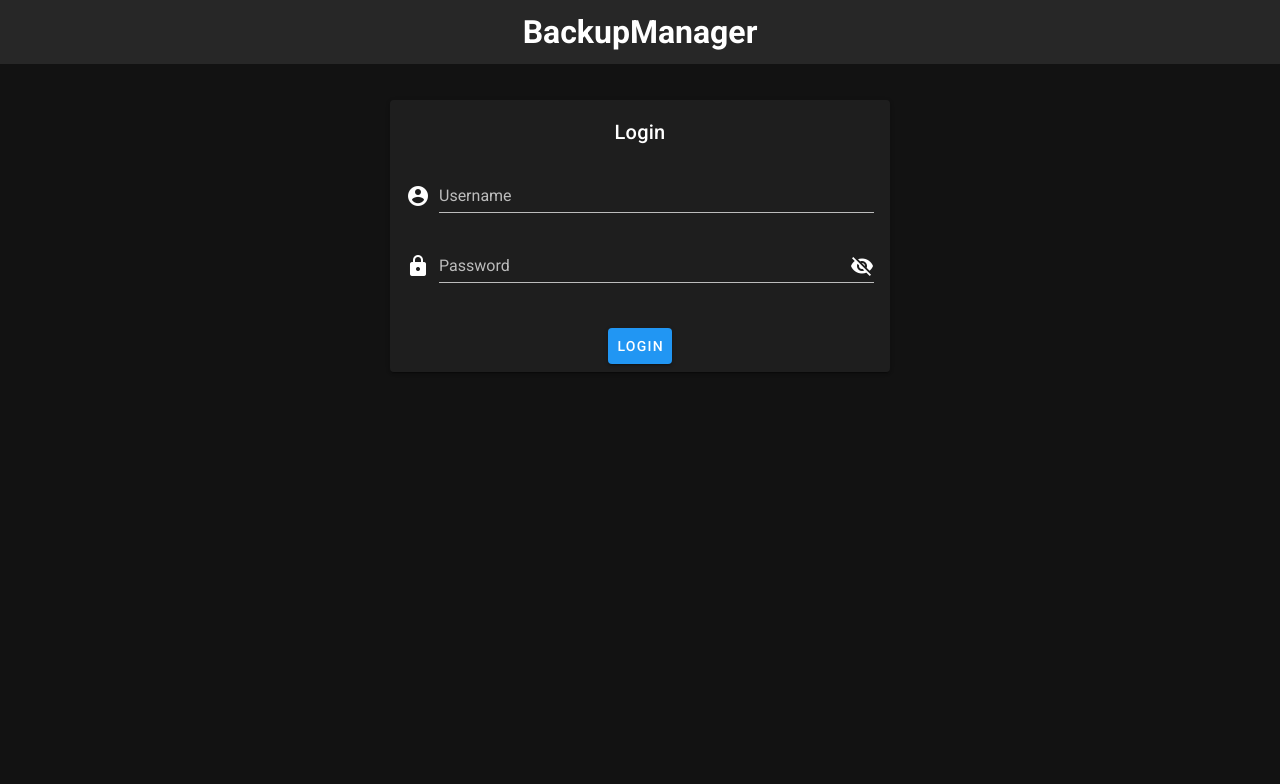
Repository: Erik966/Backup-Manager-Frontend
Page: /
These files come from the project's save history. The page is drawn as it stood at one moment and after the next save; the edit follows.
The browser window is 1280 px wide. The pictures show the whole page.
The project was rebuilt for these pictures with package versions that can differ from the ones it lists, and the page was loaded fresh each time. Also part of the build but not shown: vue.config.js, src/components/Navigation.vue, src/views/secure.vue, src/components/Settings.vue, src/views/settings.vue.

Above is the page before, as saved 2023-01-17 00:44:07.

After the next save:
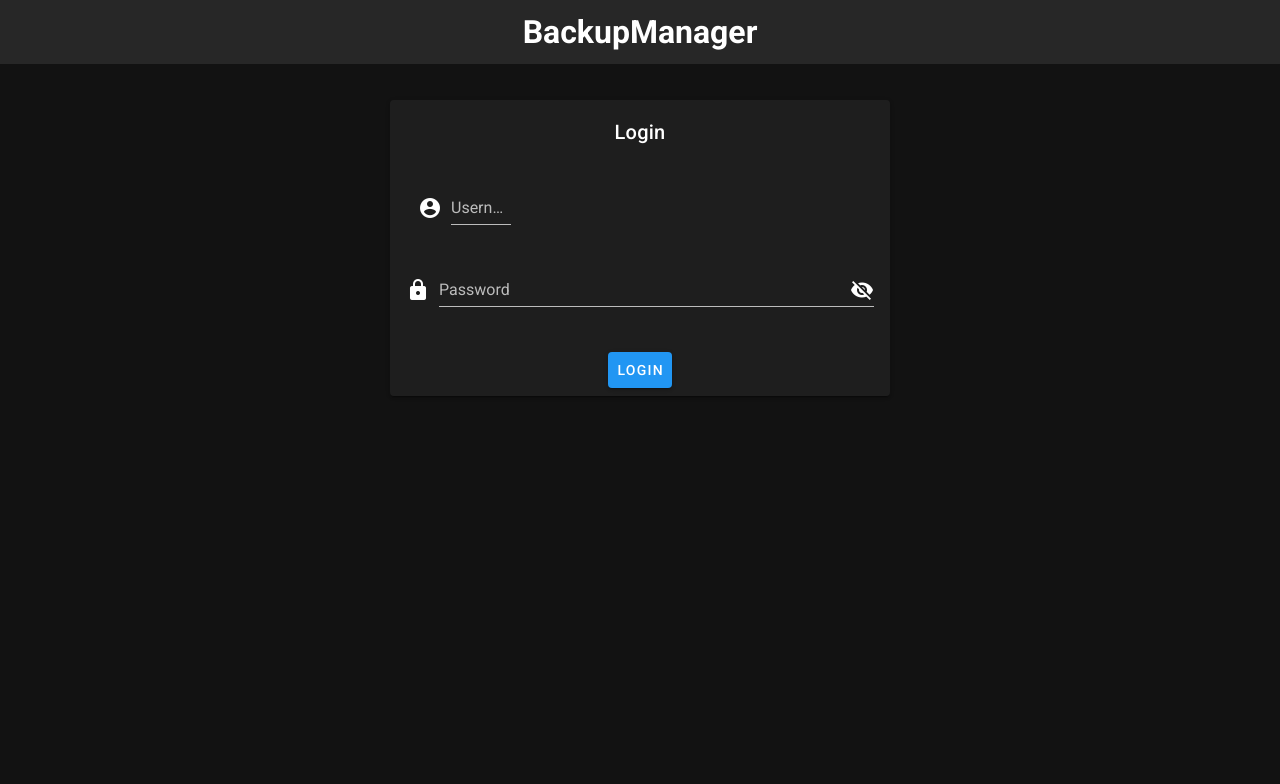
Saved 37 s later.
--- a/src/components/Login.vue
+++ b/src/components/Login.vue
@@ -13,7 +13,11 @@
         <v-card-title class="justify-center">Login</v-card-title>
 
         <v-card-text>
-          <v-text-field  v-model="username" label="Username" prepend-icon="mdi-account-circle"/>
+          <v-col
+          cols="12"
+          sm="6"
+          md="3"
+        ><v-text-field  v-model="username" label="Username" prepend-icon="mdi-account-circle"/>    </v-col>
           <v-text-field
           v-model="password"
           label="Password"

After the save that followed:
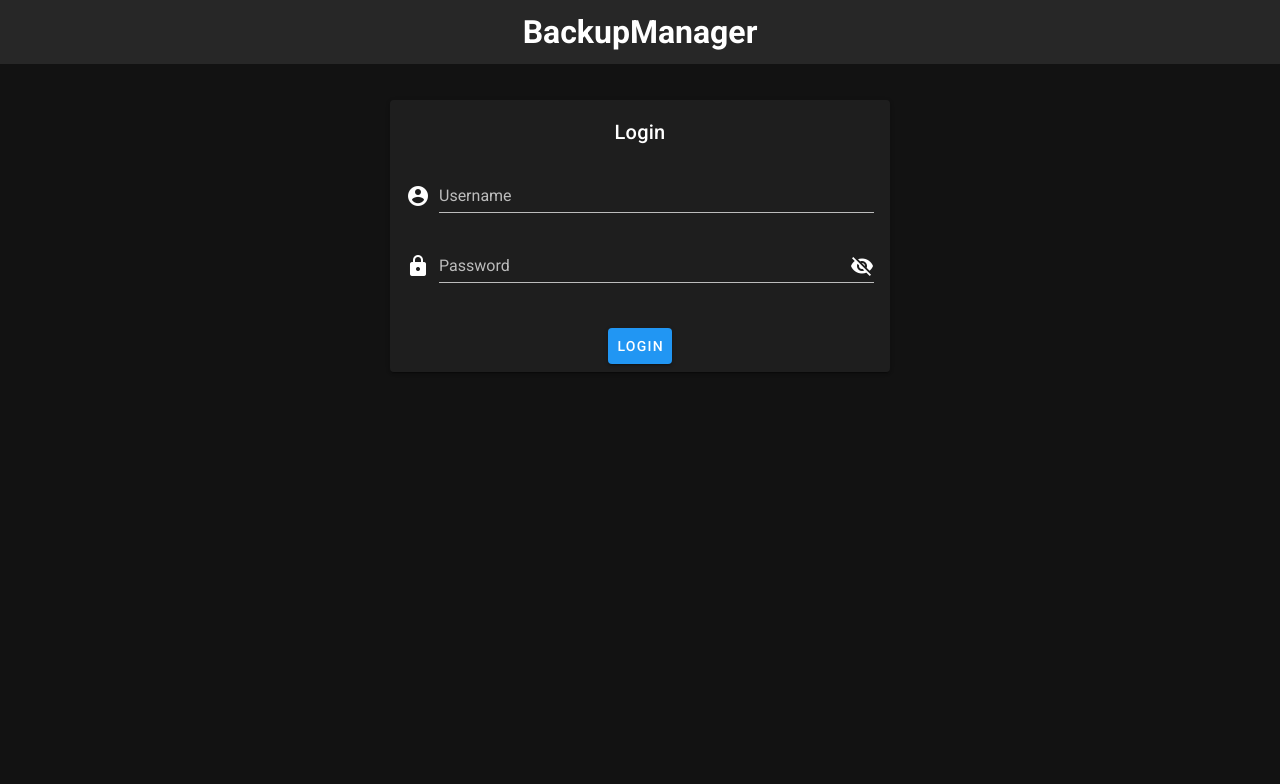
Saved 11 s later.
--- a/src/components/Login.vue
+++ b/src/components/Login.vue
@@ -13,11 +13,7 @@
         <v-card-title class="justify-center">Login</v-card-title>
 
         <v-card-text>
-          <v-col
-          cols="12"
-          sm="6"
-          md="3"
-        ><v-text-field  v-model="username" label="Username" prepend-icon="mdi-account-circle"/>    </v-col>
+          <v-text-field  v-model="username" label="Username" prepend-icon="mdi-account-circle"/>
           <v-text-field
           v-model="password"
           label="Password"
